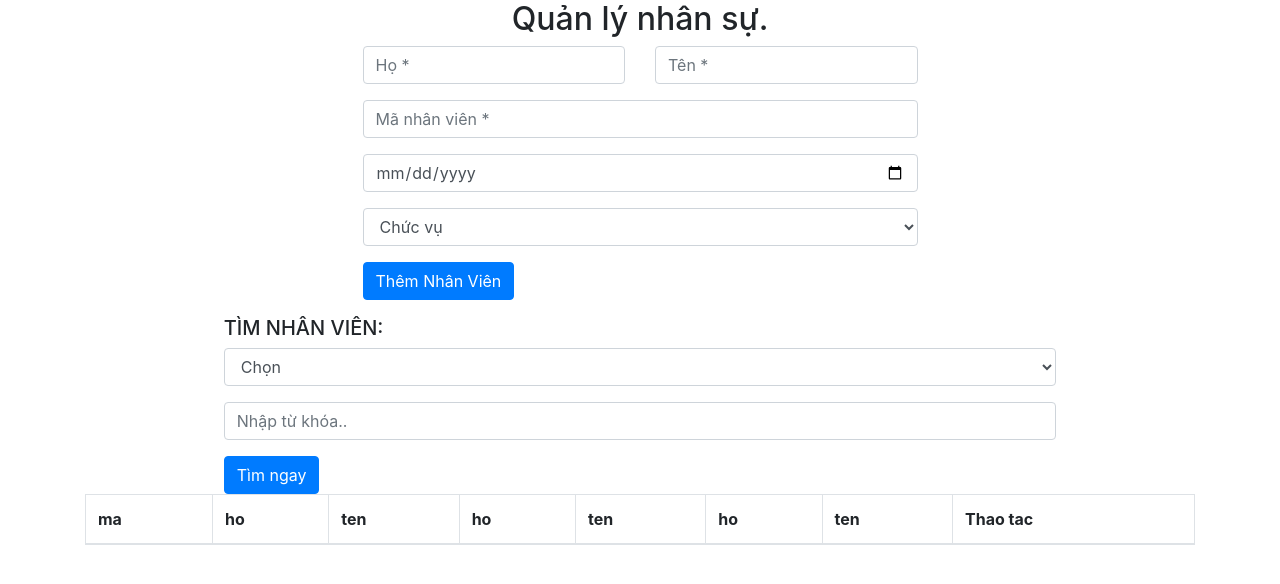
Repository: dovanthao2404/quanlynhanvien
Page: index.html
These files come from the project's save history. The page is drawn as it stood at one moment and after the next save; the edit follows.
The browser window is 1280 px wide. The pictures show the whole page.

Above is the page before, as saved 2021-06-30 15:55:38.

After the next save:
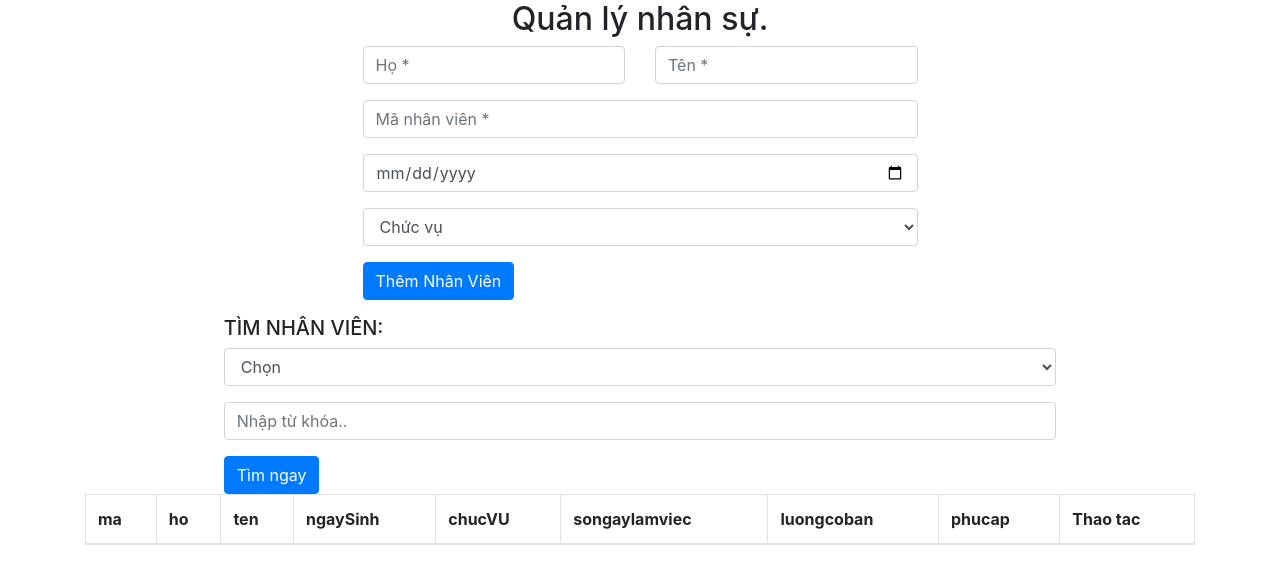
Saved 34 s later.
--- a/index.html
+++ b/index.html
@@ -99,10 +99,11 @@
           <th>ma</th>
           <th>ho</th>
           <th>ten</th>
-          <th>ho</th>
-          <th>ten</th>
-          <th>ho</th>
-          <th>ten</th>
+          <th>ngaySinh</th>
+          <th>chucVU</th>
+          <th>songaylamviec</th>
+          <th>luongcoban</th>
+          <th>phucap</th>
           <th>Thao tac</th>
         </thead>
         <tbody id="thetBody">
